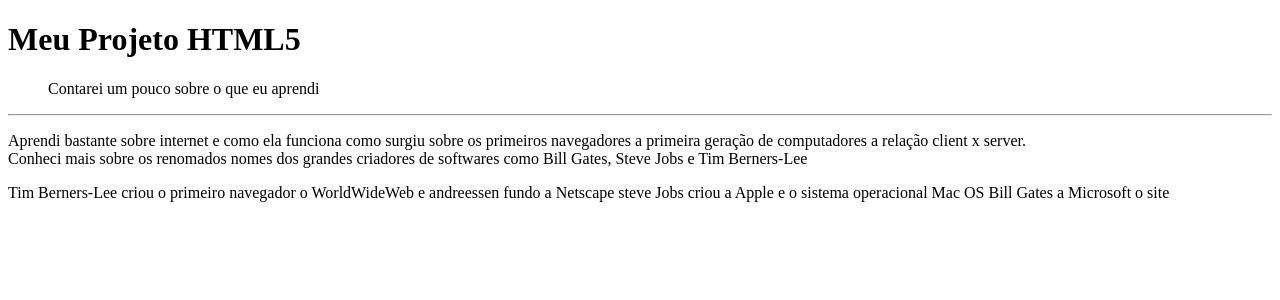
Repository: gustavotwist/meu-html
Page: index.html
The author's editor kept a copy of each file at every save. The page is drawn from the files as they stood at one save, then again after a run of saves.
The browser window is 1280 px wide. The pictures show the whole page.

Above is the page before, as saved 2024-04-24 22:10:17.

After the next 5 saves:
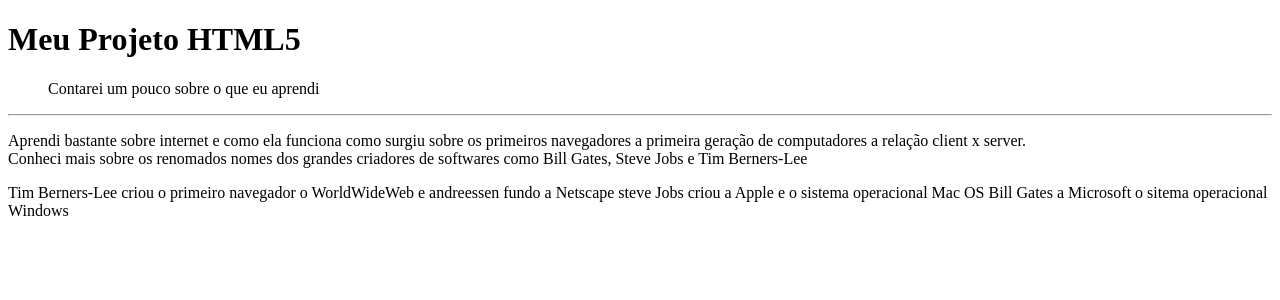
The 5 saves are shown as one change because they came seconds apart.
The last was saved 13 s later.
--- a/index.html
+++ b/index.html
@@ -10,7 +10,7 @@
     <blockquote>Contarei um pouco sobre o que eu aprendi</blockquote><hr>
 
     <p>Aprendi bastante sobre internet e como ela funciona como surgiu sobre os primeiros navegadores a primeira geração de computadores a relação client x server. <br> Conheci mais sobre os renomados nomes dos grandes criadores de softwares como Bill Gates, Steve Jobs e Tim Berners-Lee </p>
-    <p>Tim Berners-Lee criou o primeiro navegador o WorldWideWeb e andreessen fundo a Netscape steve Jobs criou a Apple e o sistema operacional Mac OS Bill Gates a Microsoft o site</p>
+    <p>Tim Berners-Lee criou o primeiro navegador o WorldWideWeb e andreessen fundo a Netscape steve Jobs criou a Apple e o sistema operacional Mac OS Bill Gates a Microsoft o sitema operacional Windows</p>
 
 
 </body>
